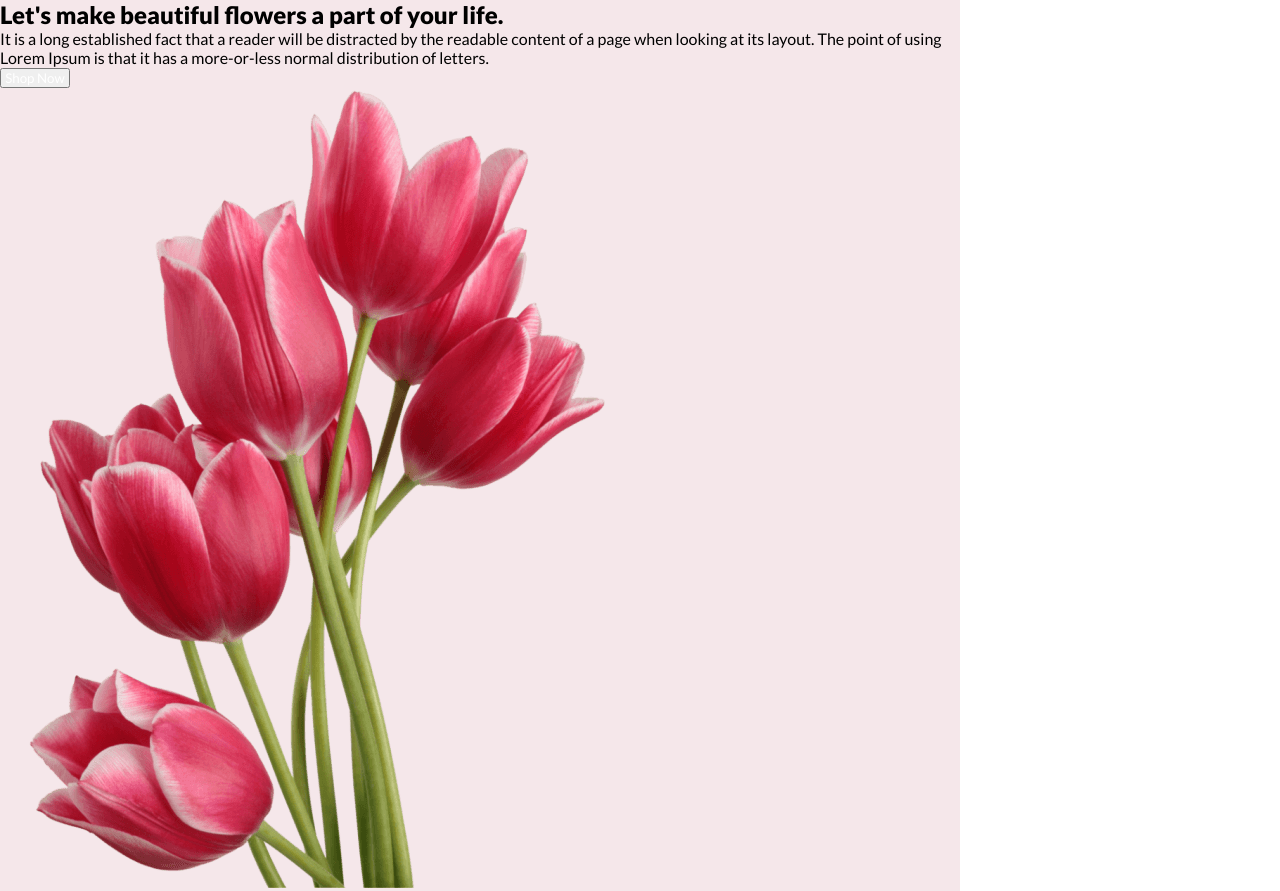
Repository: sumonkumarsarkar/flower-shop
Page: index.html
The author's editor kept a copy of each file at every save. The page is drawn from the files as they stood at one save, then again after the next save.
The browser window is 1280 px wide. The pictures show the whole page.

Above is the page before, as saved 2024-01-07 09:25:03.

### index.html
<!DOCTYPE html>
<html lang="en">
  <head>
    <meta charset="UTF-8" />
    <meta name="viewport" content="width=device-width, initial-scale=1.0" />
    <title>Flower Shop</title>
    <link rel="stylesheet" href="../flower-shop/css/style.css" />
    <link rel="preconnect" href="https://fonts.googleapis.com" />
    <link rel="preconnect" href="https://fonts.gstatic.com" crossorigin />
    <link
      href="https://fonts.googleapis.com/css2?family=Lato:wght@300;400;900&display=swap"
      rel="stylesheet"
    />
  </head>
  <body>
    <header>
      <div class="container">
        <div class="header-container">
          <!-- h2, p and button part start   -->
          <div class="header-text">
            <h2>Let's make beautiful flowers a part of your life.</h2>
            <p>
              It is a long established fact that a reader will be distracted by
              the readable content of a page when looking at its layout. The
              point of using Lorem Ipsum is that it has a more-or-less normal
              distribution of letters.
            </p>
            <button type="button">Shop Now</button>
          </div>

          <!-- h2, p and button part start   -->

          <!-- header image part start  -->
          <div class="header-image">
            <img src="./image/pngwing 10.png" alt="" />
          </div>
          <!-- header image part start  -->
        </div>
      </div>
    </header>
  </body>
</html>

### css/style.css
*{
    margin: 0;
    padding: 0;
    font-family: 'Lato', sans-serif;

}

.container{
    width:75%;
    max-width: 1440px;
    background: rgba(161, 25, 54, 0.1);
}
.container.header-container{
    /* max-width:1080px; */
    display: flex;
}

button{
    width: 70px;
    height: 20px;
    color: white;
    background: ;
}

After the next save:
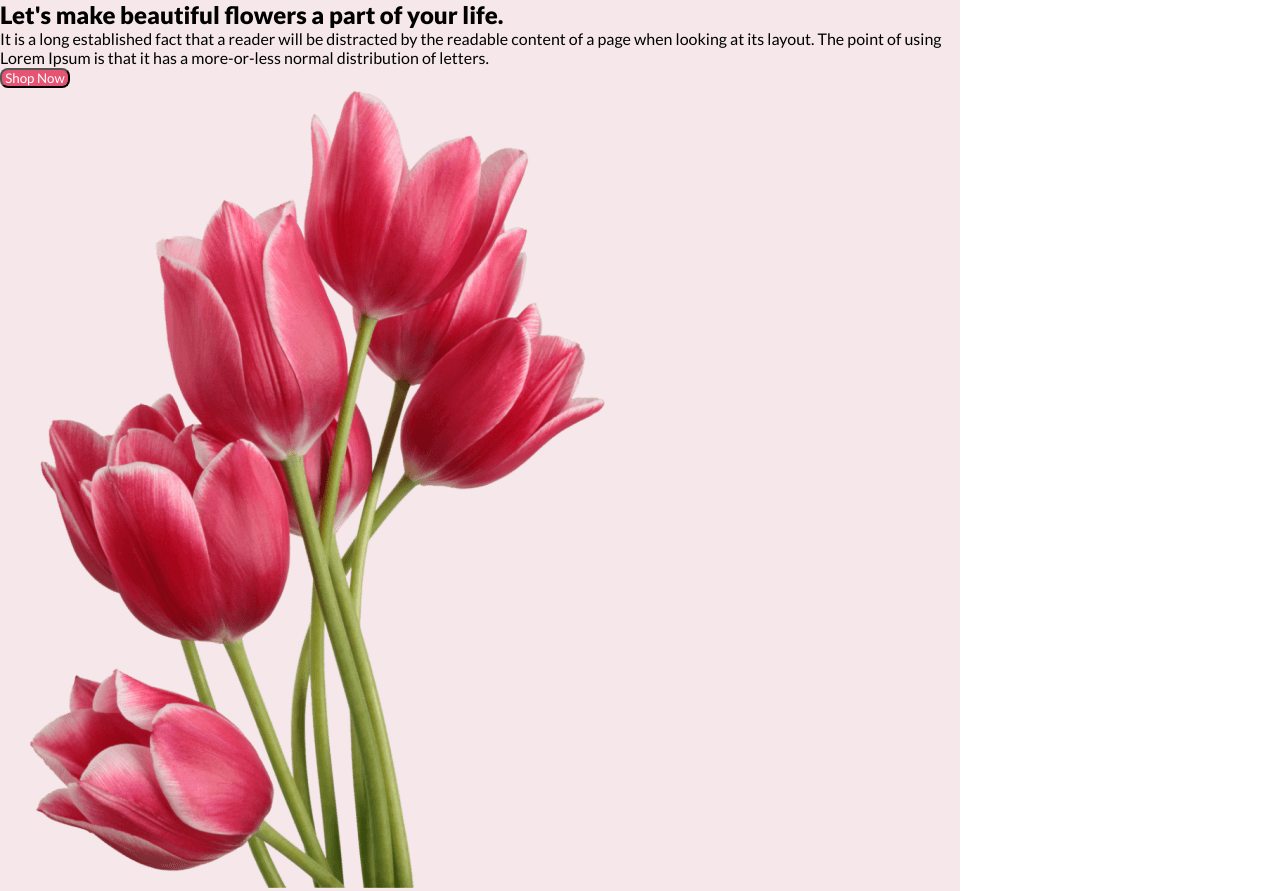
Saved 29 s later.
--- a/css/style.css
+++ b/css/style.css
@@ -19,5 +19,6 @@ button{
     width: 70px;
     height: 20px;
     color: white;
-    background: ;
+    border-radius: 8px;
+    background: #E55473;
 }
